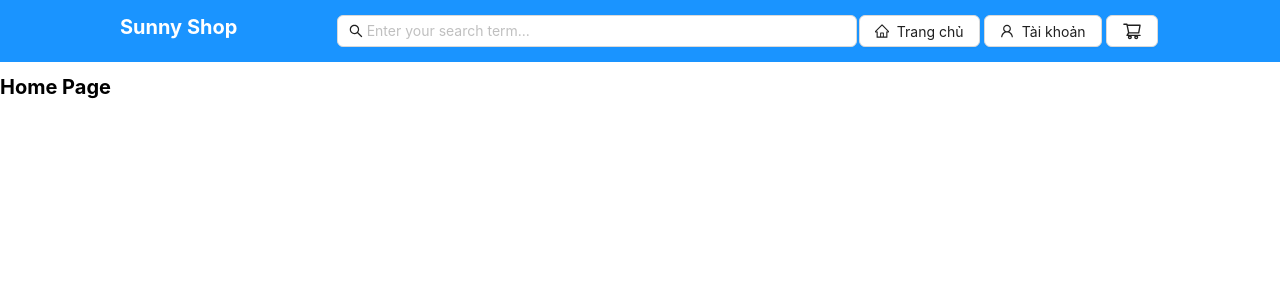
Repository: manhhieu120499/E-Commerce
Page: /
The author's editor kept a copy of each file at every save. The page is drawn from the files as they stood at one save, then again after the next save.
The browser window is 1280 px wide. The pictures show the whole page.
The project was rebuilt for these pictures with package versions that can differ from the ones it lists, and the page was loaded fresh each time. Also part of the build but not shown: src/pages/product/Product.js, src/pages/order/Order.js, src/pages/notFound/NotFound.js, src/layouts/NormalLayout/NormalLayout.js.

Above is the page before, as saved 2024-12-31 18:34:58.

### src/index.js
import React from "react";
import ReactDOM from "react-dom/client";
import App from "./App";
import reportWebVitals from "./reportWebVitals";
import GlobalStyle from "./GlobalStyles";
import { Provider } from "react-redux";
import store from "./redux/store";

const root = ReactDOM.createRoot(document.getElementById("root"));
root.render(
  <React.StrictMode>
    <Provider store={store}>
      <GlobalStyle>
        <App />
      </GlobalStyle>
    </Provider>
  </React.StrictMode>
);

// If you want to start measuring performance in your app, pass a function
// to log results (for example: reportWebVitals(console.log))
// or send to an analytics endpoint. Learn more: https://bit.ly/CRA-vitals
reportWebVitals();

### src/App.js
import React from "react";
import { BrowserRouter as Router, Route, Routes } from "react-router-dom";
import { publicRoute } from "./route";
function App() {
  return (
    <div className="App">
      <Router>
        <Routes>
          {publicRoute.map((route) => {
            const Page = route.component;
            const Layout = route.layout;
            return (
              <Route
                key={route.path}
                path={route.path}
                element={
                  <Layout>
                    <Page />
                  </Layout>
                }
              />
            );
          })}
        </Routes>
      </Router>
    </div>
  );
}

export default App;

### src/redux/store.js
import { configureStore } from "@reduxjs/toolkit";
import productSlice from "./slices/productSlice";

const store = configureStore({
    reducer: {
        product: productSlice
    }
})

export default store;

### src/route/index.js
import { Home, Product, Order, NotFound } from "../pages";
import { DefaultLayout, NormalLayout } from "../layouts";

const publicRoute = [
  {
    path: "/",
    component: Home,
    layout: DefaultLayout,
  },
  {
    path: "/product",
    component: Product,
    layout: DefaultLayout,
  },
  {
    path: "/order",
    component: Order,
    layout: DefaultLayout,
  },
  {
    path: "*",
    component: NotFound,
    layout: NormalLayout,
  },
];

const privateRoute = [];

export { publicRoute, privateRoute };

### src/GlobalStyles/GlobalStyles.js
import "./css/GlobalStyles.css";
export default function GlobalStyle({ children }) {
    return (
        <div className="wrapper">
            { children }
        </div>
    )
}

### src/redux/slices/productSlice.js
import { createSlice } from "@reduxjs/toolkit";

// const initialState = {
//     products: [],
// }

// export const productSlice = createSlice({
//     name: 'productSlice',
//     initialState,
//     reducers:{
//         setProduct: (state, action) => {
//             return {...state}
//         }
//     }
// })

const initialState = {
    value: 0
}

const productSlice = createSlice({
    name: 'productSlice',
    initialState,
    reducers: {
        increase: (state, action) => {
            return {...state, value: state.value + 1}
        },
        decrease: (state, action) => {
            return {...state, value: state.value - 1}
        }
    }
})

export const { increase, decrease } = productSlice.actions;

export default productSlice.reducer;

### src/pages/index.js
import Home from "./home";
import Product from "./product";
import Order from "./order";
import NotFound from "./notFound";

export { Home, Product, Order, NotFound };

### src/layouts/index.js
import DefaultLayout from "./DefaultLayout";
import NormalLayout from "./NormalLayout";

export { DefaultLayout, NormalLayout };

### src/GlobalStyles/css/GlobalStyles.css
/* @import "antd/dist/antd.css"; */
body {
  margin: 0;
  font-family: -apple-system, BlinkMacSystemFont, 'Segoe UI', 'Roboto', 'Oxygen',
    'Ubuntu', 'Cantarell', 'Fira Sans', 'Droid Sans', 'Helvetica Neue',
    sans-serif;
  -webkit-font-smoothing: antialiased;
  -moz-osx-font-smoothing: grayscale;
  box-sizing: border-box;
  padding: 0;
}

html {
  font-size: 62.5%;
}

.wrapper {
  max-width: 100vw;
  margin: 0 auto;
}

### src/pages/product/index.js
export { default } from './Product'

### src/layouts/NormalLayout/index.js
export { default } from "./NormalLayout";

### src/pages/home/Home.js
export default function Home({children}) {
    return (
        <h1>Home Page</h1>
    )
}

### src/layouts/DefaultLayout/DefaultLayout.js
import { Header } from "../../components";

export default function DefaultLayout({ children }) {
  return (
    <div className="wrapper">
      <Header />
      {children}
    </div>
  );
}

### src/components/index.js
import Header from "./Header";
export { Header };

### src/components/Header/Header.js
import { Button, Col, Row } from "antd";
import { WrapperRow, WrapperSpan } from "./HeaderStyle";
import Search from "antd/es/transfer/search";
import {
  HomeOutlined,
  ShoppingCartOutlined,
  UserOutlined,
} from "@ant-design/icons";

export default function Header({ children }) {
  return (
    <div>
      <WrapperRow>
        <Col span={5}>
          <WrapperSpan>Sunny Shop</WrapperSpan>
        </Col>
        <Col span={12}>
          <Search
            placeholder="Enter your search term..."
            allowClear
            style={{
              width: 200,
              height: 60,
            }}
          />
        </Col>
        <Col
          span={7}
          style={{
            display: "flex",
            alignItems: "center",
            justifyContent: "space-around",
          }}
        >
          <Button>
            <HomeOutlined />
            <span>Trang chủ</span>
          </Button>
          <Button>
            <UserOutlined />
            <span>Tài khoản</span>
          </Button>
          <Button>
            <ShoppingCartOutlined style={{ fontSize: 20 }} />
          </Button>
        </Col>
      </WrapperRow>
    </div>
  );
}

### src/components/Header/HeaderStyle.js
import { Row } from "antd";
import styled from "styled-components";

export const WrapperRow = styled(Row)`
  padding: 15px 120px;
  background-color: rgb(26, 148, 255);
`;

export const WrapperSpan = styled.span`
  font-size: 20px;
  font-weight: 700;
  color: white;
`;

Loaded but not shown: public/index.html (common file); src/reportWebVitals.js (common file); src/GlobalStyles/index.js (common file); src/pages/home/index.js (common file); src/pages/order/index.js (common file); src/pages/notFound/index.js (common file); src/layouts/DefaultLayout/index.js (common file); src/components/Header/index.js (common file)

After the next save:
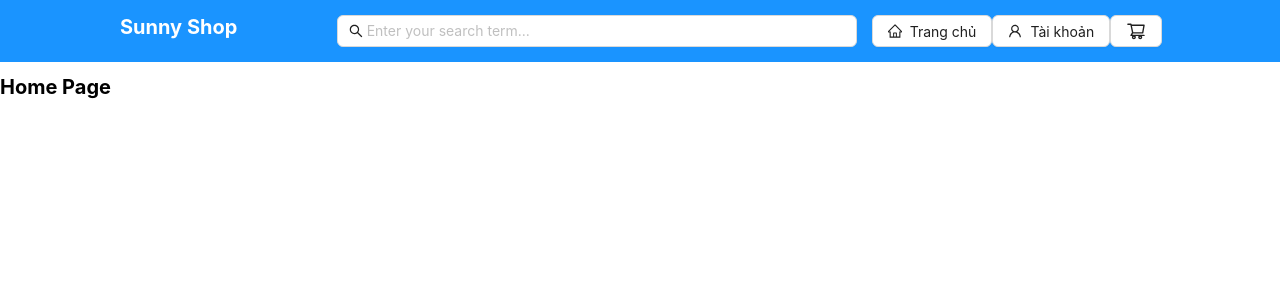
Saved 17 h 4 min later.
--- a/src/components/Header/Header.js
+++ b/src/components/Header/Header.js
@@ -30,6 +30,7 @@ export default function Header({ children }) {
             display: "flex",
             alignItems: "center",
             justifyContent: "space-around",
+            padding: "0 15px",
           }}
         >
           <Button>
